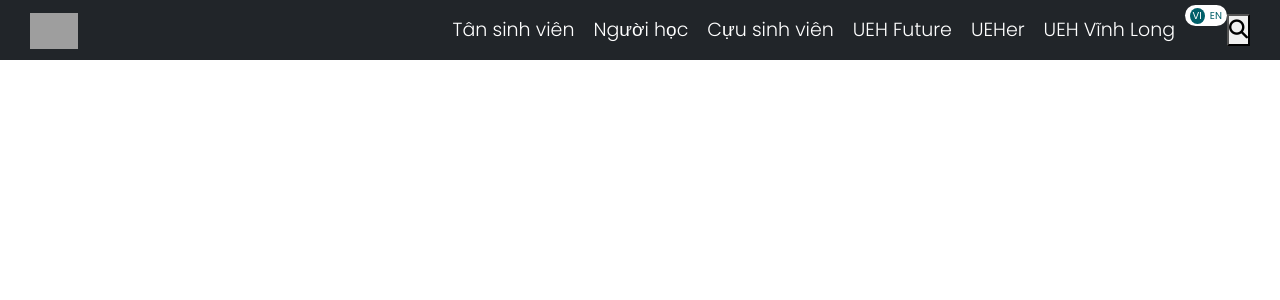
Repository: Jackietruong2805/frontends
Page: html css/ueh/index.html
An editor plug-in stored every save of this project. The page is shown before and after the next save, followed by the edit.
The browser window is 1280 px wide. The pictures show the whole page.
Pictures or frames that could not be fetched are drawn as grey boxes. Some web libraries are served in a nearby version.

Above is the page before, as saved 2022-06-17 10:08:40.

### html css/ueh/index.html
<!DOCTYPE html>
<html lang="en">
  <head>
    <meta charset="UTF-8" />
    <meta http-equiv="X-UA-Compatible" content="IE=edge" />
    <meta name="viewport" content="width=device-width, initial-scale=1.0" />
    <title>UEH</title>
    <!-- FONT GOOGLE -->
    <link rel="preconnect" href="https://fonts.googleapis.com" />
    <link rel="preconnect" href="https://fonts.gstatic.com" crossorigin />
    <link
      href="https://fonts.googleapis.com/css2?family=Poppins:wght@300;400;700&display=swap"
      rel="stylesheet"
    />
    <!-- FONT AWESOME -->
    <link
      rel="stylesheet"
      href="https://cdnjs.cloudflare.com/ajax/libs/font-awesome/6.1.1/css/all.min.css"
      integrity="sha512-KfkfwYDsLkIlwQp6LFnl8zNdLGxu9YAA1QvwINks4PhcElQSvqcyVLLD9aMhXd13uQjoXtEKNosOWaZqXgel0g=="
      crossorigin="anonymous"
      referrerpolicy="no-referrer"
    />
    <!-- BS5 -->
    <link
      href="https://cdn.jsdelivr.net/npm/bootstrap@5.1.3/dist/css/bootstrap.min.css"
      rel="stylesheet"
      integrity="sha384-1BmE4kWBq78iYhFldvKuhfTAU6auU8tT94WrHftjDbrCEXSU1oBoqyl2QvZ6jIW3"
      crossorigin="anonymous"
    />
    <!-- INDEX CSS -->
    <link rel="stylesheet" href="./css/index.css" />
  </head>
  <body>
    <!-- HEADER -->
    <header>
      <nav class="navbar navbar-expand-lg navbar-dark bg-dark">
        <div class="container-fluid px-5">
          <a class="navbar-brand" id="header--workmark" href="#">
            <img src="./img/logo-header.png" id="logo-header" alt="ueh-logo" />
          </a>
          <button
            class="navbar-toggler"
            type="button"
            data-bs-toggle="collapse"
            data-bs-target="#navbarUeh"
            aria-controls="navbarSupportedContent"
            aria-expanded="false"
            aria-label="Toggle navigation"
          >
            <span class="navbar-toggler-icon"></span>
          </button>
          <div class="collapse navbar-collapse" id="navbarUeh">
            <ul class="navbar-nav ms-auto mb-2 mb-lg-0">
              <li class="nav-item">
                <a class="nav-link active" aria-current="page" href="#"
                  >Tân sinh viên</a
                >
              </li>
              <li class="nav-item">
                <a class="nav-link" href="#">Người học</a>
              </li>
              <li class="nav-item">
                <a class="nav-link" href="#">Cựu sinh viên</a>
              </li>
              <li class="nav-item">
                <a class="nav-link" href="#">UEH Future</a>
              </li>
              <li class="nav-item">
                <a class="nav-link" href="#">UEHer</a>
              </li>
              <li class="nav-item">
                <a class="nav-link" href="#">UEH Vĩnh Long</a>
              </li>
              <li class="nav-item">
                <div class="button-cover">
                  <span class="vi text-white">VI</span>
                  <span class="en">EN</span>
                </div>
              </li>
            </ul>
            <button>
              <i class="fa fa-search"></i>
            </button>
          </div>
        </div>
      </nav>
    </header>
    <!-- VIDEO -->
    <section class="video"></section>
    <!-- CAROUSEL -->
    <section class="carousel"></section>
    <!-- INFO -->
    <section class="info"></section>
    <!-- ADMISSIONS -->
    <section class="admissions"></section>
    <!-- EVENT -->
    <section class="event"></section>
    <!-- RESEARCH -->
    <section class="research"></section>
    <!-- TRAIN -->
    <section class="train"></section>
    <!-- COOPERATION -->
    <section class="coOperation"></section>
    <!-- ACCREDITATION -->
    <section class="accreditation"></section>
    <!-- UEH -->
    <section class="ueh"></section>
    <!-- INTRO -->
    <section class="intro"></section>
    <!-- EXPLORE -->
    <section class="explore"></section>
    <!-- FOOTER -->
    <footer></footer>
    <!-- thư viện hộ trợ -->
    <script
      src="https://cdn.jsdelivr.net/npm/bootstrap@5.1.3/dist/js/bootstrap.bundle.min.js"
      integrity="sha384-ka7Sk0Gln4gmtz2MlQnikT1wXgYsOg+OMhuP+IlRH9sENBO0LRn5q+8nbTov4+1p"
      crossorigin="anonymous"
    ></script>
  </body>
</html>

### html css/ueh/css/index.css
/* Global */
* {
    padding: 0;
    margin: 0;
    box-sizing: border-box;
}

html {
    font-size: 10px;
}

body {
    font-size: 1.9em;
}

body,
html {
    font-family: 'Poppins', sans-serif;
}

/* HEADER */
.navbar #header--workmark {
    font-size: 1.1em !important;
    line-height: 1.8em !important;
}

#logo-header {
    max-height: 36px !important;
}

#navbarUeh .nav-item .nav-link {
    color: #fff;
    font-weight: 300;
    padding: .5555555556em .5em;
    outline-offset: -4px;
}

.button-cover {
    background-color: white;
    border-radius: 30px;
    padding: 2.5px 5px;
    line-height: 10px;
}

.button-cover .vi {
    display: inline-block;
    border-radius: 50%;
    background-color: rgb(0, 95, 105);
    padding: 3px;
    font-size: 10px;
}

.button-cover .en {
    color: rgb(0, 95, 105);
    font-size: 10px;
}

After the next save:
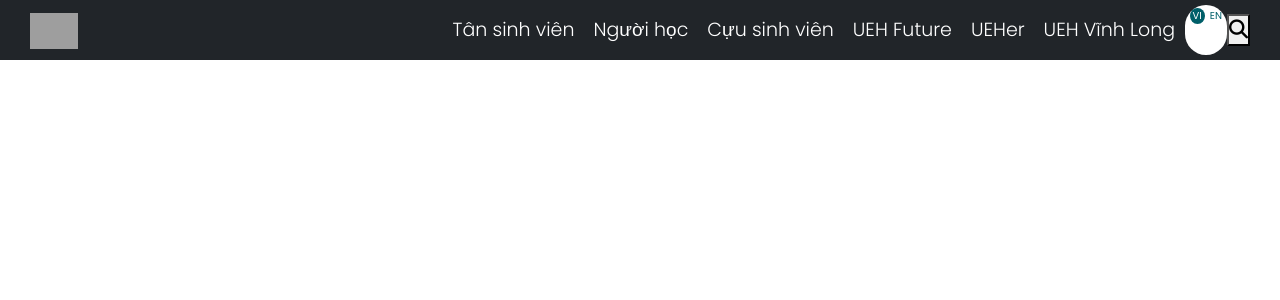
Saved 47 s later.
--- a/html css/ueh/index.html
+++ b/html css/ueh/index.html
@@ -71,7 +71,7 @@
               <li class="nav-item">
                 <a class="nav-link" href="#">UEH Vĩnh Long</a>
               </li>
-              <li class="nav-item">
+              <li class="nav-item d-flex">
                 <div class="button-cover">
                   <span class="vi text-white">VI</span>
                   <span class="en">EN</span>
